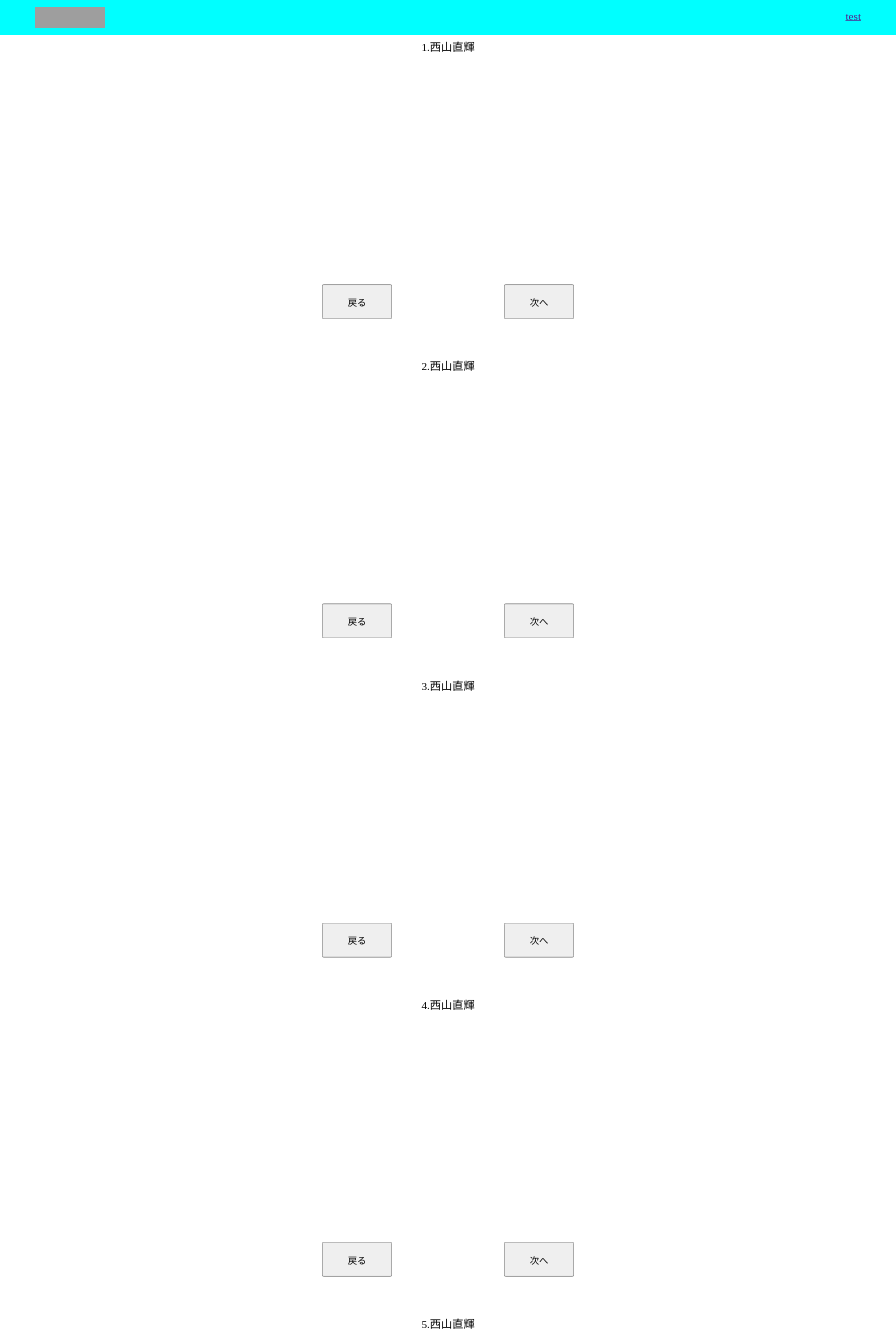
Repository: nn-nissy1010/rookie_hackathon_theme
Page: theme.html
The author's editor kept a copy of each file at every save. The page is drawn from the files as they stood at one save, then again after the next save.
The browser window is 1280 px wide. The pictures show the part of the page from y = 0 to 1920 px (the page is 4620 px tall before and 720 px after), at 70% of full size.
Pictures or frames that could not be fetched are drawn as grey boxes.

Above is the page before, as saved 2021-12-03 19:52:18.

After the next save:
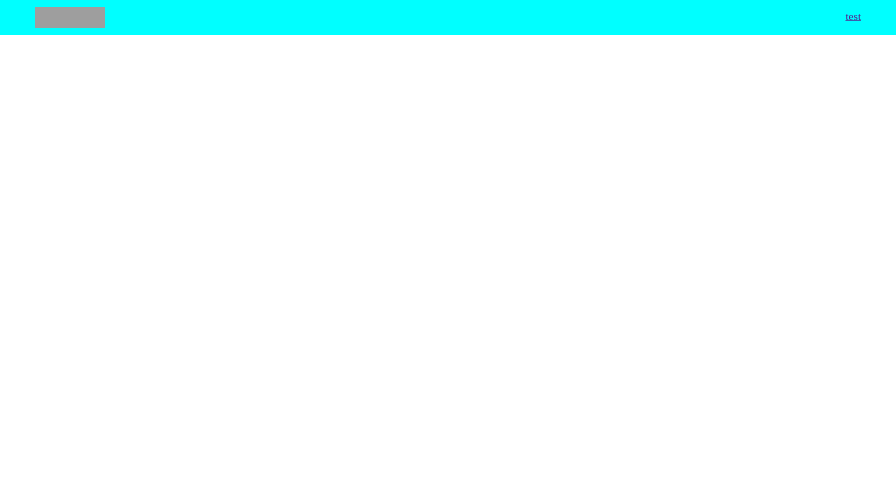
Console error: SyntaxError: Unexpected identifier 'src'
Saved 10 s later.
--- a/theme.js
+++ b/theme.js
@@ -15,7 +15,7 @@ for(let count = 1; count<11 ;count++){
     content =`<section class="set">
         <h1 class="name">${count}.西山直輝</h1>
         <div class="contents">
-
+        `<img src="https://encrypted-tbn0.gstatic.com/images?q=tbn:ANd9GcSGmF08qiL0RBrTwYT6mOAyXeNAOilXtIZfkw&usqp=CAU" alt="" id="set_img_1" class="set_img"
             <div id="self_impression_${count}" class="self_impression">
                 <p>自己紹介文</p>
             </div>
